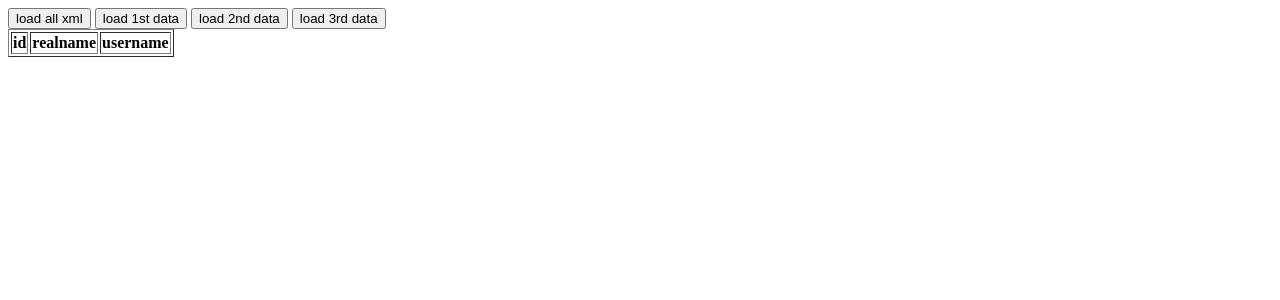
Repository: bluegony/spring_study
Page: jquerytest/src/main/webapp/loadxml.html
The author's editor kept a copy of each file at every save. The page is drawn from the files as they stood at one save, then again after the next save.
The browser window is 1280 px wide. The pictures show the whole page.
Some web libraries are served in a nearby version.

Above is the page before, as saved 2013-09-05 03:20:14.

After the next save:
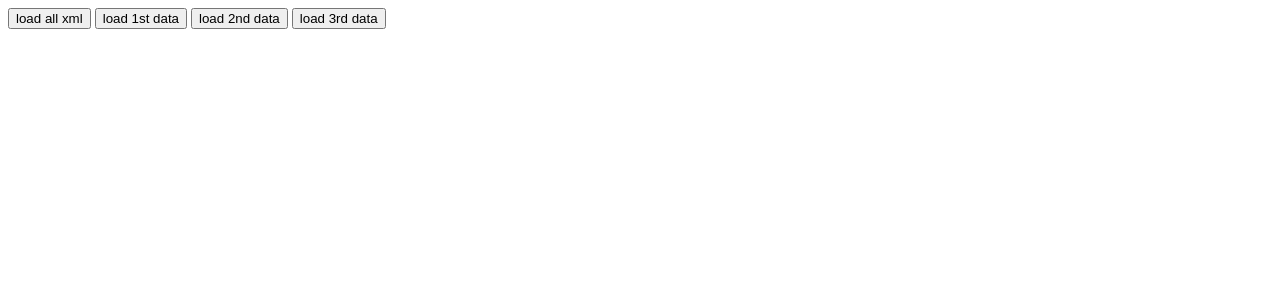
Saved 55 s later.
--- a/jquerytest/src/main/webapp/loadxml.html
+++ b/jquerytest/src/main/webapp/loadxml.html
@@ -19,7 +19,7 @@
 	</form>
 	<div id="disp"></div>
 
-<table border="1" display:none>
+<table border="1" style="display:none"">
   <tr>
     <th>id</th>
     <th>realname</th>
